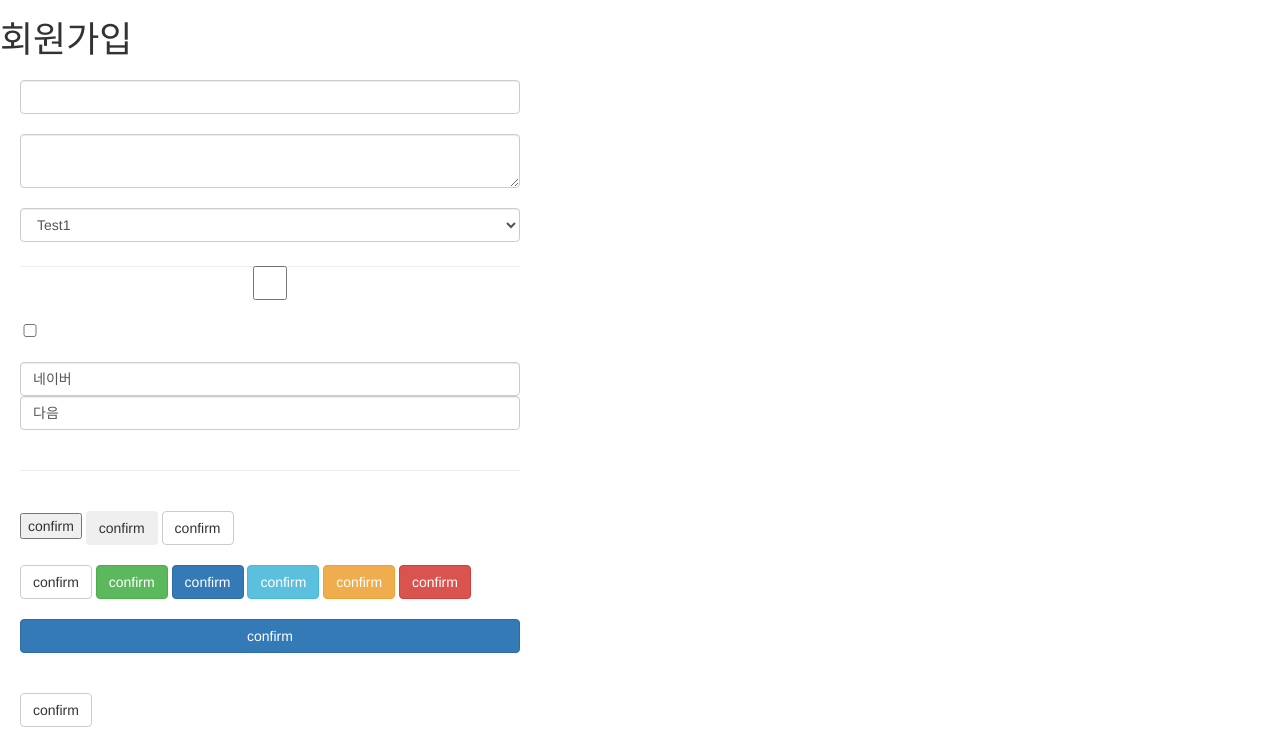
Repository: yhj4130/BootstrapStudy
Page: BootstrapWork/WebContent/BootEx03.html
These files come from the project's save history. The page is drawn as it stood at one moment and after the next save; the edit follows.
The browser window is 1280 px wide. The pictures show the whole page.

Above is the page before, as saved 2019-06-12 02:22:55.

### BootstrapWork/WebContent/BootEx03.html
<!DOCTYPE html>
<html>
<head>
<meta charset="UTF-8">
<title>BootEx03.html</title>

<link rel="stylesheet" href="css/bootstrap.css">
<script type="text/javascript" src="js/jquery-3.4.1.min.js"></script>
<script type="text/javascript" src="js/bootstrap.min.js"></script>

</head>
<body>

<h1>회원가입</h1>

<form action="" style="width: 500px; margin: 20px;">

	<input type="text" class="form-control">
	<br>

	<textarea rows="" cols="" class="form-control"></textarea>
	<br>

	<select class="form-control">
		<option>Test1</option>
		<option>Test2</option>
		<option>Test3</option>
		<option>Test4</option>
	</select>
	<br>

	<input type="checkbox" class="form-control">
	<br>

	<input type="checkbox" style="width: 20px;">
	<br><br>

	<a href="#" class="form-control">네이버</a>
	<a href="#" class="form-control">다음</a>

	<br><hr><br>

	<input type="button" value="confirm">
	<input type="button" value="confirm" class="btn">
	<input type="button" value="confirm" class="btn btn-default">
	<br><br>

	<input type="button" value="confirm" class="btn btn-default">
	<input type="button" value="confirm" class="btn btn-success">
	<input type="button" value="confirm" class="btn btn-primary">
	<input type="button" value="confirm" class="btn btn-info">
	<input type="button" value="confirm" class="btn btn-warning">
	<input type="button" value="confirm" class="btn btn-danger">
	<br><br>

	<!-- 『btn-block』 : 버튼이 포함되어 있는 부모 요소만큼 꽉 채워서 랜더링한다. -->
	<input type="button" value="confirm" class="btn btn-primary btn-block">
	<br><br>

	<input type="button" value="confirm" class="btn btn-default">


</form>

</body>
</html>

Loaded but not shown: BootstrapWork/WebContent/css/bootstrap.css (library); BootstrapWork/WebContent/js/jquery-3.4.1.min.js (library); BootstrapWork/WebContent/js/bootstrap.min.js (library)

After the next save:
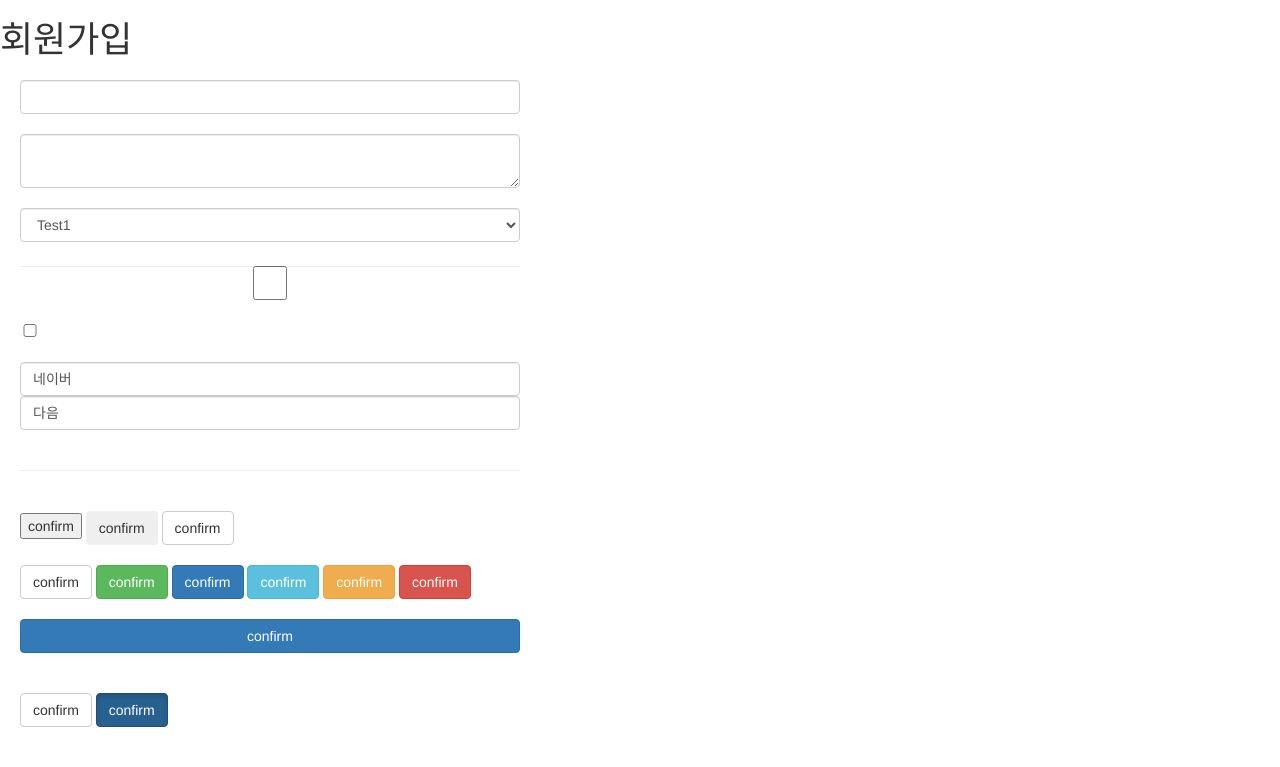
Saved 17 s later.
--- a/BootstrapWork/WebContent/BootEx03.html
+++ b/BootstrapWork/WebContent/BootEx03.html
@@ -58,6 +58,8 @@
 	<br><br>
 
 	<input type="button" value="confirm" class="btn btn-default">
+	<input type="button" value="confirm" class="btn btn-primary active">
+	<br><br>
 
 
 </form>
